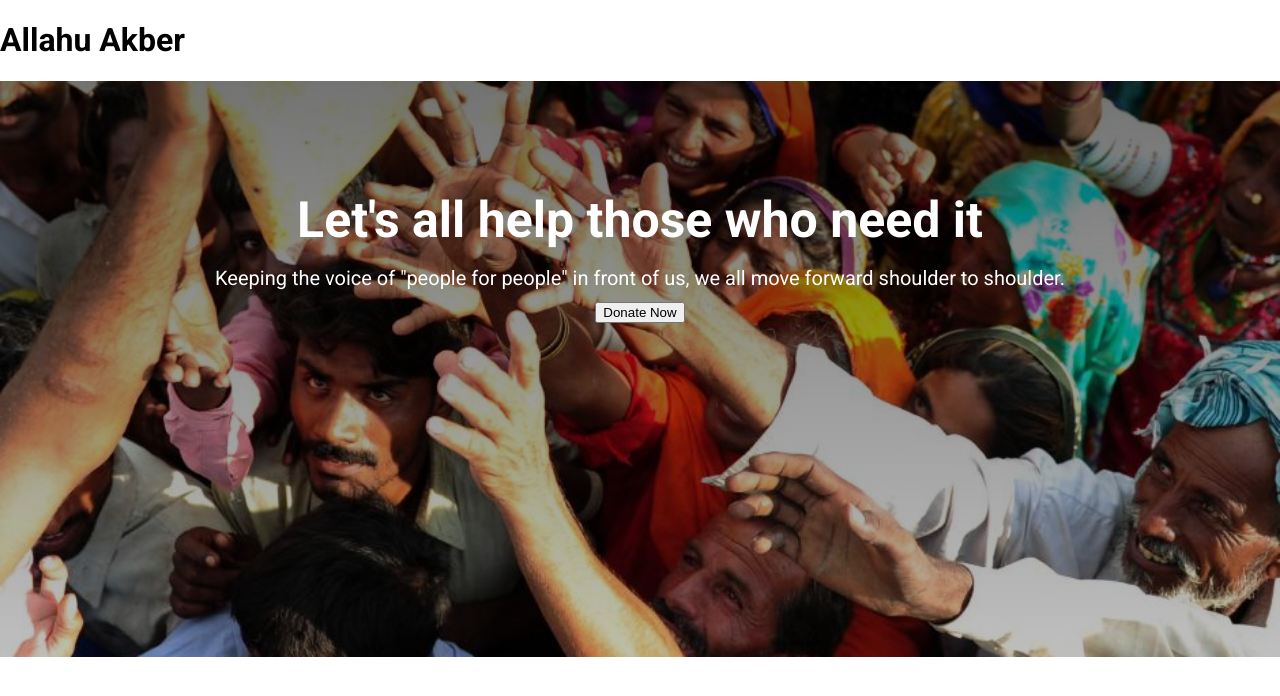
Repository: zjria/suppert-the-helpness
Page: index.html
An editor plug-in stored every save of this project. The page is shown before and after the next save, followed by the edit.
The browser window is 1280 px wide. The pictures show the whole page.

Above is the page before, as saved 2022-08-24 22:01:24.

After the next save:
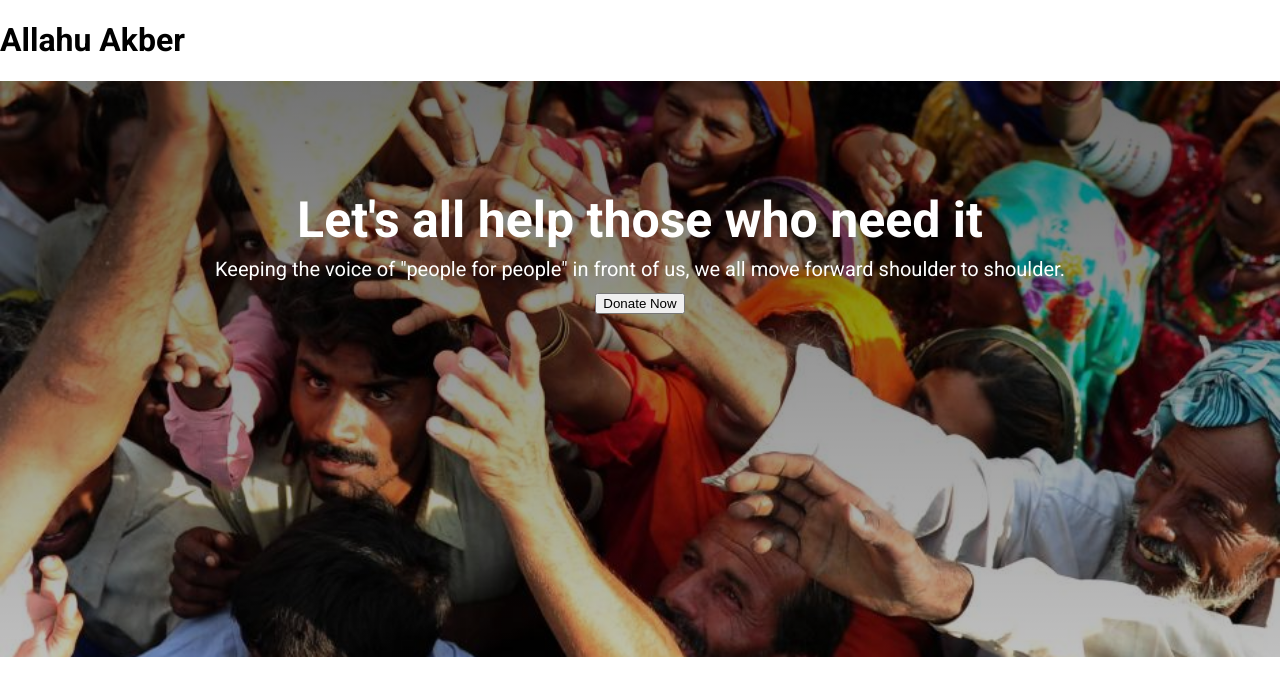
Saved 22 s later.
--- a/style.css
+++ b/style.css
@@ -30,5 +30,5 @@
 .header-text p {
     font-size: 20px;
     padding: 2px;
-    margin: 10px;
+    margin: 0px 0px 10px 0px;
 }
